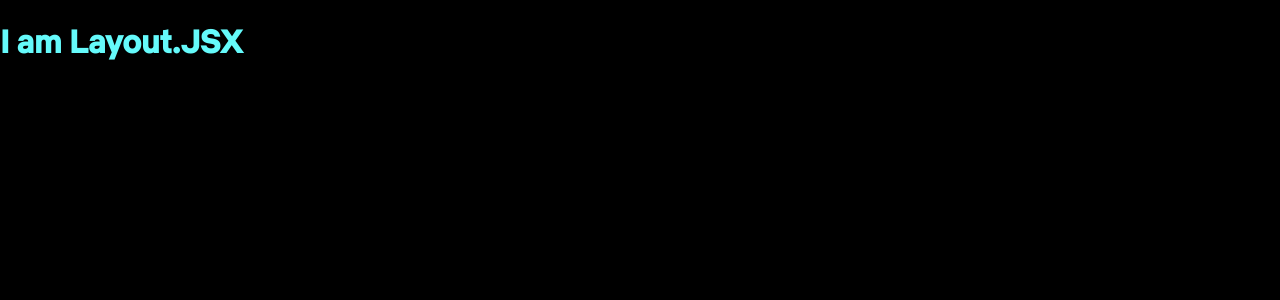
Repository: ronnysalas459/final_project_react
Page: /favorites
The author's editor kept a copy of each file at every save. The page is drawn from the files as they stood at one save, then again after the next save.
The browser window is 1280 px wide. The pictures show the whole page.
The project was rebuilt for these pictures with package versions that can differ from the ones it lists, and the page was loaded fresh each time. Also part of the build but not shown: src/containers/Movies.jsx, src/containers/Favorites.jsx.

Above is the page before, as saved 2021-09-27 19:47:30.

After the next save:
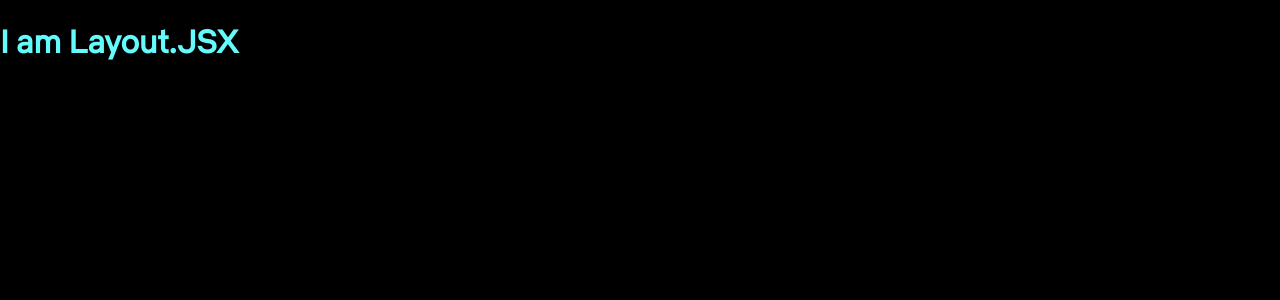
Saved 6 s later.
--- a/src/assets/styles/Vars.scss
+++ b/src/assets/styles/Vars.scss
@@ -1,7 +1,7 @@
 @import '../fonts/style.scss';
 
 //Fonts
-$title-font: 'Netflix Sans Medium', 'Netflix Sans Bold';
+$title-font: 'Netflix Sans Regular', 'Netflix Sans Bold';
 $text-font: 'Source Sans Pro', sans-serif;
 
 //Colors
